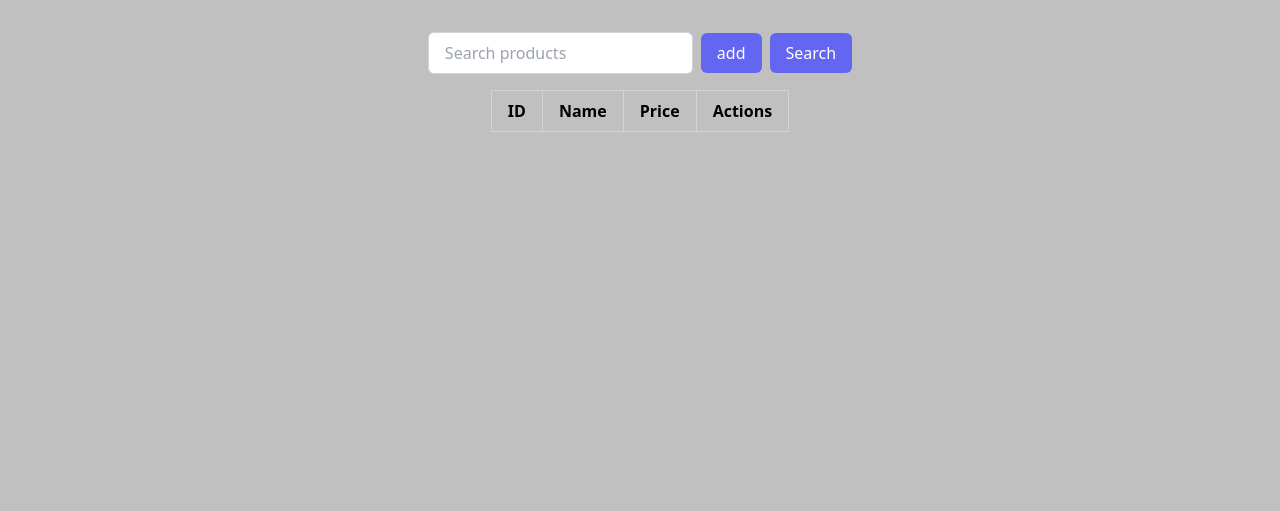
Repository: shaafsalman/product-Management-MERN
Page: /home (app in frontend/), after clicking the first element matching `button.rounded-md`
An editor plug-in stored every save of this project. The page is shown before and after the next save, followed by the edit.
The browser window is 1280 px wide. The pictures show the whole page.
The page's requests for data from a server got no answer. The project was rebuilt for these pictures with package versions that can differ from the ones it lists, and the page was loaded fresh each time. No one was signed in, and anything a server would have sent is missing. Also part of the build but not shown: frontend/vite.config.js, frontend/src/Cards/mesgCard.jsx, frontend/src/Pages/Login.jsx, frontend/src/Pages/SighnUp.jsx, frontend/src/Pages/NoPage.jsx.

Above is the page before, as saved 2024-05-14 01:30:38.

After the next save:
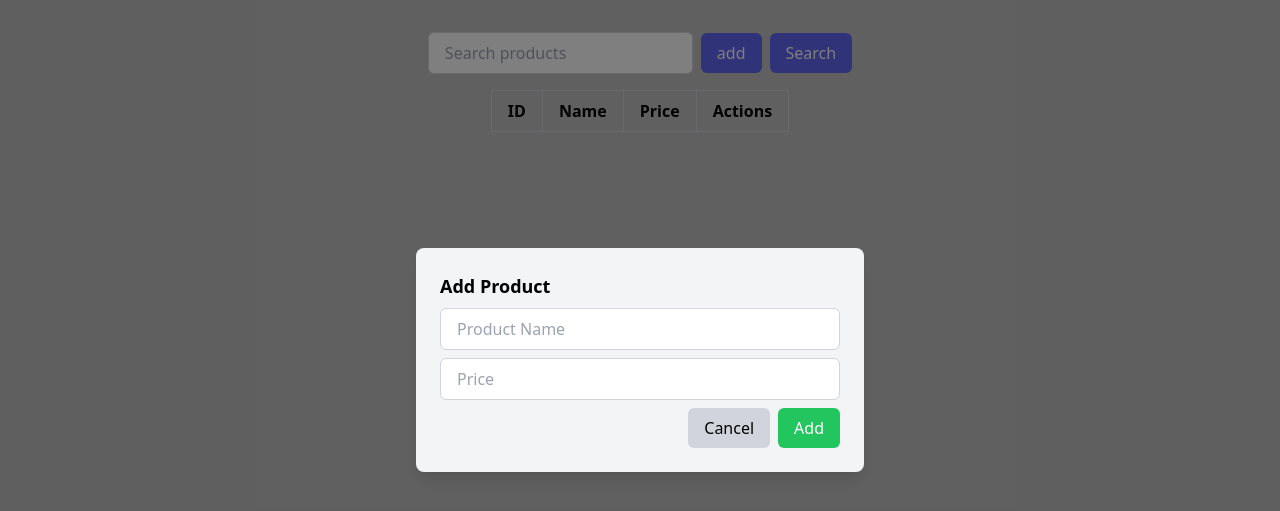
Saved 21 s later.
--- a/frontend/src/Pages/Home.jsx
+++ b/frontend/src/Pages/Home.jsx
@@ -29,10 +29,7 @@ const Home = () => {
   };
 
   const showAdd = () => {
-    const results = products.filter(product =>
-      product.name.toLowerCase().includes(searchTerm.toLowerCase())
-    );
-    setSearchResults(results);
+    setShowAddProduct(true);
   };
 
   const toggleAddProduct = () => {
